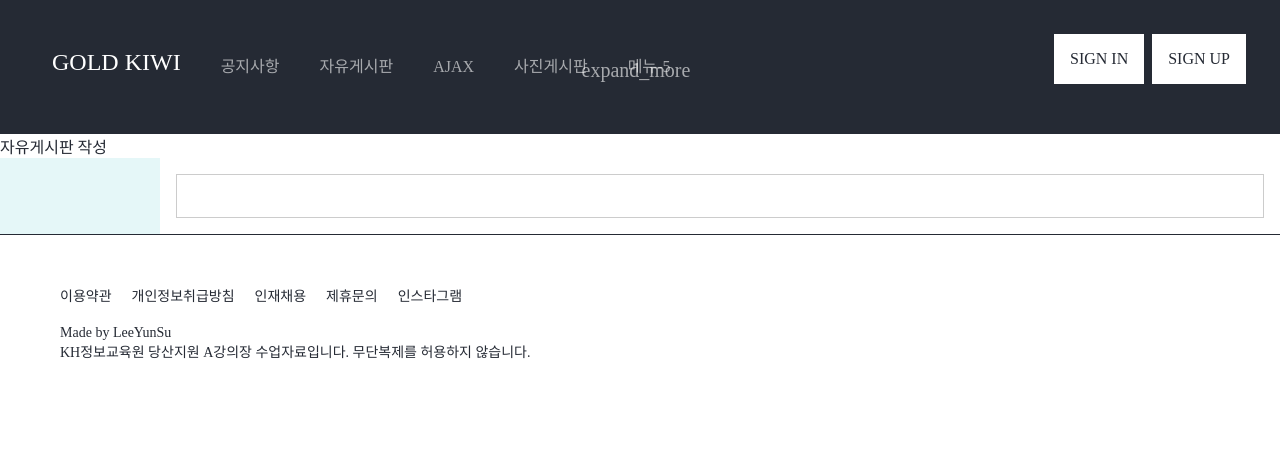
Repository: RiboKim/web-workspace
Page: http://localhost/07_mvc2WebProject/WEB-INF/views/board/BoardWriteFrm.jsp
An editor plug-in stored every save of this project. The page is shown before and after the next save, followed by the edit.
The browser window is 1280 px wide. The pictures show the whole page.
Some web fonts or font styles are not loaded; a fallback is used. The page is served by Tomcat 9. Nobody is signed in. The template is opened directly, without the code that normally fills it, so the values that code supplies are empty.

Above is the page before, as saved 2023-02-16 09:01:42.

After the next save:
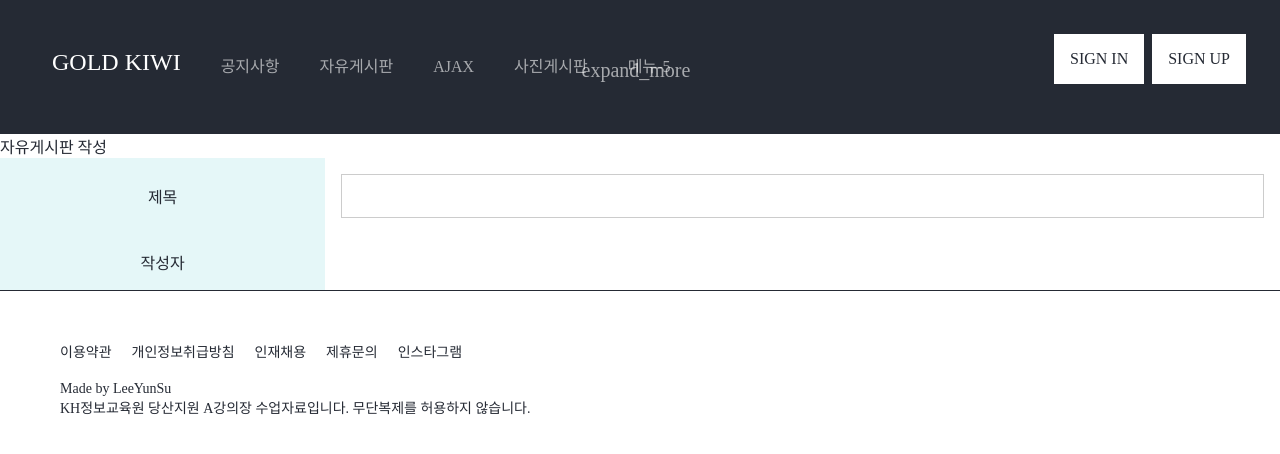
Saved 2 min 9 s later.
--- a/07_mvc2WebProject/src/main/webapp/WEB-INF/views/board/BoardWriteFrm.jsp
+++ b/07_mvc2WebProject/src/main/webapp/WEB-INF/views/board/BoardWriteFrm.jsp
@@ -13,9 +13,15 @@
 		<form action=/noticeWrite.do" method="post" enctype="multipart/form/data">
 			<table class="tbl" id="boardWrite">
 			<tr class="tr-1">
-				<td class="td-3"></td>
+				<td class="td-3">제목</td>
 				<td colspan="3">
 					<input type="text" name="boardTitle" class="input-form">
+				</td>
+			</tr>
+			<tr class="tr-1">
+				<td class="td-3">작성자</td>
+				<td colspan="3">
+					<input type="hidden" name="boardWriter" class="input-form">
 				</td>
 			</tr>
 			</table>
